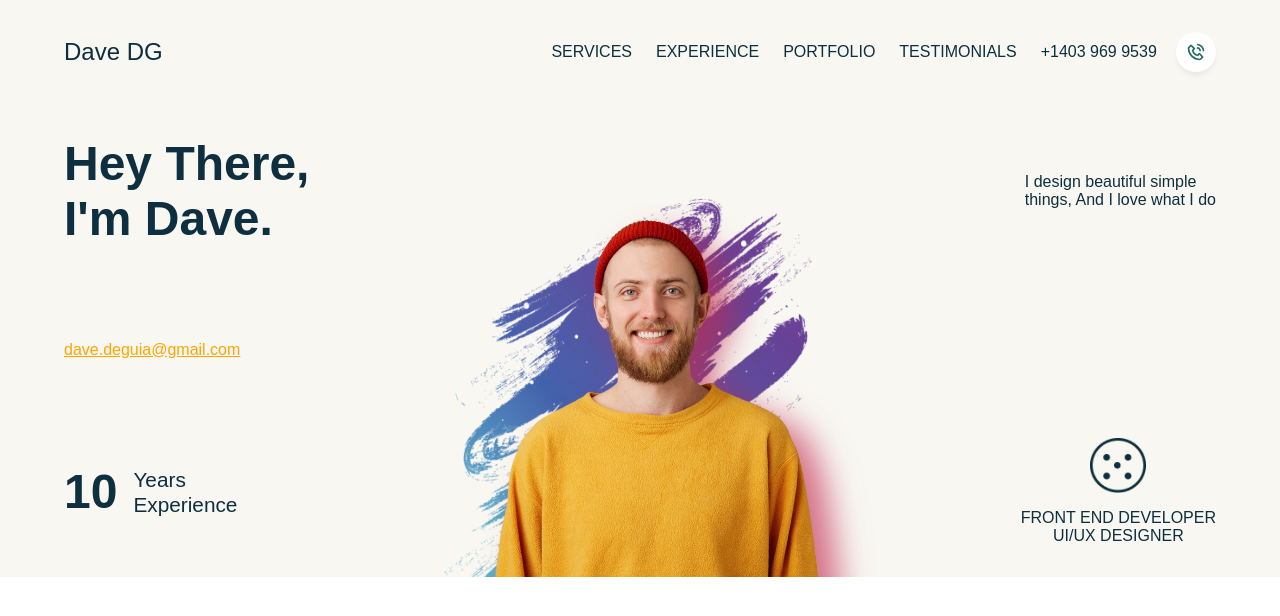
Repository: davedeguia/framer-motion-portfolio
Page: /
The author's editor kept a copy of each file at every save. The page is drawn from the files as they stood at one save, then again after the next save.
The browser window is 1280 px wide. The pictures show the whole page.
Some web fonts or font styles are not loaded; a fallback is used. The project was rebuilt for these pictures with package versions that can differ from the ones it lists, and the page was loaded fresh each time. Also part of the build but not shown: vite.config.js.

Above is the page before, as saved 2023-02-10 04:48:19.

### index.html
<!DOCTYPE html>
<html lang="en">
  <head>
    <meta charset="UTF-8" />
    <link rel="icon" type="image/svg+xml" href="/vite.svg" />
    <meta name="viewport" content="width=device-width, initial-scale=1.0" />
    <link rel="stylesheet" href="https://stijndv.com/fonts/Eudoxus-Sans.css" />
      <title>Dave DG</title>
  </head>
  <body>
    <div id="root"></div>
    <script type="module" src="/src/main.jsx"></script>
  </body>
</html>

### src/main.jsx
import React from 'react'
import ReactDOM from 'react-dom/client'
import App from './App'
import './styles/index.css'
import './styles/global.scss'

ReactDOM.createRoot(document.getElementById('root')).render(
  <React.StrictMode>
    <App />
  </React.StrictMode>
)

### src/App.jsx
import Header from './components/Header/Header'
import Hero from './components/hero/Hero'
import css from './styles/app.module.scss'

const App = () => {
  return (
    <div className={`bg-primary ${css.container}`}>
      <Header />
      <Hero />
    </div>
  )
}

export default App

### src/styles/index.css
* {
    margin: 0;
    padding: 0;
    box-sizing: border-box;
    scroll-behavior: smooth;
    font-family: "Eudoxus Sans", sans-serif;
  }

### src/styles/global.scss
@import './constants.scss';

.bg-primary {
  background: #F8F7F1;
}

.innerWidth {
  @media (min-width: $xxl) {
    max-width: 1280px;
    margin: auto;
  }

  width: 100%;
}

.paddings {
  @media (min-width: $sm) {
    padding: 4rem;
  }


  @media (min-width: $xl),
  (min-width: $md) {
    padding-top: 2rem;
    padding-bottom: 2rem;
  }

  padding-left: 1.5rem;
  padding-right: 1.5rem;
  padding-top: 1.5rem;
  padding-bottom: 1.5rem;
}



.xPaddings {
  @media (min-width: $sm) {
    padding-left: 4rem;
    padding-right: 4rem;
  }

  padding-left: 1.5rem;
  /* 24px */
  padding-right: 1.5rem;
  /* 24px */
}

.yPaddings {
  @media (min-width: $sm) {
    padding-top: 4rem;
    padding-bottom: 4rem;
  }

  @media (min-width: $xl) {
    padding-top: 2rem;
    padding-bottom: 2rem;
  }

  padding-top: 3rem;
  padding-bottom: 3rem;
}

.topPaddings {
  @media (min-width : $sm) {
    padding-top: 4rem;
  }

  @media (min-width: $xl) {
    padding-top: 2rem;
  }

  padding-top: 3rem;
}


.bottomPaddings {
  @media (min-width : $sm) {
    padding-bottom: 4rem;
  }

  @media (min-width: $xl) {
    padding-bottom: 2rem;
  }

  padding-bottom: 3rem;
}


.flexCenter {
  display: flex;
  justify-content: center;
  align-items: center;
}

.flexStart {
  display: flex;
  justify-content: start;
  align-items: center;
}

.flexEnd {
  display: flex;
  justify-items: end;
}

.primaryText {
  @media (max-width: $sm) {
    font-size: 2.5rem;
  }
  font-size: 3rem;
  font-weight: bold;
}

.secondaryText {
  @media (max-width: $sm) {
    font-size: 1.1rem;
    line-height: 40px;
  }
  line-height: 50px;
  font-size: 1.3rem;
  font-weight: 500
}
.anchor {
  display: block;
  position: relative;
  top: -100px;
  visibility: hidden;
}

### src/components/Header/Header.jsx
import React, { useState } from 'react'
import css from './Header.module.scss'
import { BiMenuAltRight, BiPhoneCall } from 'react-icons/bi'
import { motion } from 'framer-motion'
import { getMenuStyles, headerVariants } from '../../utils/motion'
import useHeaderShadow from '../../hooks/useHeaderShadow'

const Header = () => {
  const [menuOpened, setMenuOpened] = useState(false)
  const headerShadow = useHeaderShadow()
  return (
    <motion.div
      initial='hidden'
      whileInView='show'
      variants={headerVariants}
      viewport={{ once: false, amount: 0.25 }}
      className={`paddings ${css.wrapper}`}
      style={{ boxShadow: headerShadow }}
    >
      <div className={`flexCenter innerWidth ${css.container}`}>
        <div className={css.name}>Dave DG</div>
        <ul
          style={getMenuStyles(menuOpened)}
          className={`flexCenter ${css.menu}`}
        >
          <li>
            <a href=''>Services</a>
          </li>

          <li>
            <a href=''>Experience</a>
          </li>

          <li>
            <a href=''>Portfolio</a>
          </li>

          <li>
            <a href=''>Testimonials</a>
          </li>

          <li className={`flexCenter ${css.phone}`}>
            <p>+1403 969 9539</p>
            <BiPhoneCall size={'40px'} />
          </li>
        </ul>
        {/* for medium and small screens */}
        <div
          className={css.menuIcon}
          onClick={() => setMenuOpened((prev) => !prev)}
        >
          <BiMenuAltRight size={30} />
        </div>
      </div>
    </motion.div>
  )
}

export default Header

### src/components/hero/Hero.jsx
import React from 'react'
import css from './Hero.module.scss'
import { motion } from 'framer-motion'
import { fadeIn, staggerContainer } from '../../utils/motion'

const Hero = () => {
  return (
    <section className={`paddings ${css.wrapper}`}>
      <motion.div
        variants={staggerContainer}
        initial='hidden'
        whileInView='show'
        viewport={{ once: false, amount: 0.25 }}
        className={`innerWidth ${css.container}`}
      >
        {/* upper elements */}
        <div className={css.upperElements}>
          <motion.span
            variants={fadeIn('right', 'tween', 0.2, 1)}
            className='primaryText'
          >
            Hey There, <br /> I'm Dave.
          </motion.span>
          <span>
            I design beautiful simple <br /> things, And I love what I do
          </span>
        </div>

        {/* person image */}
        <div className={css.person}>
          <img src='./person.png' alt='' />
        </div>

        {/* email */}
        <a className={css.email} href='mailto:dave.deguia@gmail.com'>
          dave.deguia@gmail.com
        </a>

        {/* lower elements */}
        <div className={css.lowerElements}>
          <div className={css.experience}>
            <div className='primaryText'>10</div>
            <div className='secondaryText'>
              <div>Years</div>
              <div>Experience</div>
            </div>
          </div>
          <div className={css.certificate}>
            <img src='./certificate.png' alt='' />
            <span>FRONT END DEVELOPER</span>
            <span>UI/UX DESIGNER</span>
          </div>
        </div>
      </motion.div>
    </section>
  )
}

export default Hero

### src/styles/app.module.scss
@import './constants.scss';

.container{
    overflow-x: clip;
    position: relative;
    color: $primary;

}

### src/components/Header/Header.module.scss
@import './../../styles/constants.scss';

.wrapper {
    position: relative;
    z-index: 99;
    opacity: 1;
    transform: none;
    position: sticky;
    top: 0px;
    transition: all 300ms ease;

    .container {
        position: relative;
        justify-content: space-between;
        font-weight: 500;

        .name {
            font-size: 1.5rem;
            font-weight: 500;
        }

        .menu {

            @media (max-width: $sm),
            (max-width: $md) {
                position: absolute;
                list-style: none;
                gap: 2rem;
                font-weight: 500;
                flex-direction: column;
                right: 0;
                top: 3rem;
                height: calc(100vh - 6.3rem);
                width: 50%;
                min-width: 15rem;
                background: white;
                padding: 2rem;
                display: flex;
                border-radius: 10px;
                transition: all 200ms ease;
                align-items: flex-start;
                padding: 3rem;
                justify-content: flex-start;
                box-shadow: 0px 4px 4px rgba(0, 0, 0, 0.05);
            }

            text-transform: uppercase;
            font-size: 1rem;
            list-style: none;
            gap: 1.5rem;
            cursor: pointer;

            li {
                a {
                    color: inherit;
                    text-decoration: none;
                }

                &:hover {
                    color: $secondary;
                }
            }

            .phone {
                gap: 1.2rem;
                flex-wrap: wrap;

                svg {
                    color: $secondary;
                    background-color: white;
                    padding: 10px;
                    border-radius: 999px;
                    box-shadow: 0px 4px 4px rgba(0, 0, 0, 0.05);
                }
            }
        }



        .menuIcon {

            @media (max-width: $sm),
            (max-width: $md) {
                display: block;
            }

            display: none;
        }
    }
}

### src/utils/motion.js
export const headerVariants = {
  hidden: {
    opacity: 0,
    y: -50,
    transition: {
      type: 'spring',
      stiffness: 300,
      damping: 140,
    },
  },
  show: {
    opacity: 1,
    y: 0,
    transition: {
      type: 'spring',
      stiffness: 80,
      delay: 1,
    },
  },
}

export const slideIn = (direction, type, delay, duration) => ({
  hidden: {
    x: direction === 'left' ? '-100%' : direction === 'right' ? '100%' : 0,
    y: direction === 'up' ? '100%' : direction === 'down' ? '100%' : 0,
  },
  show: {
    x: 0,
    y: 0,
    transition: {
      type,
      delay,
      duration,
      ease: 'easeOut',
    },
  },
})

export const staggerContainer = (staggerChildren, delayChildren) => ({
  hidden: {},
  show: {
    transition: {
      staggerChildren,
      delayChildren,
    },
  },
})

export const textVariant = (delay) => ({
  hidden: {
    y: 50,
    opacity: 0,
  },
  show: {
    y: 0,
    opacity: 1,
    transition: {
      type: 'spring',
      duration: 1.25,
      delay,
    },
  },
})

export const textVariant2 = {
  hidden: {
    opacity: 0,
    y: 20,
  },
  show: {
    opacity: 1,
    y: 0,
    transition: {
      type: 'tween',
      ease: 'easeIn',
    },
  },
}

export const fadeIn = (direction, type, delay, duration) => ({
  hidden: {
    x: direction === 'left' ? 100 : direction === 'right' ? -100 : 0,
    y: direction === 'up' ? 100 : direction === 'down' ? -100 : 0,
    opacity: 0,
  },
  show: {
    x: 0,
    y: 0,
    opacity: 1,
    transition: {
      type,
      delay,
      duration,
      ease: 'easeOut',
    },
  },
})

export const zoomIn = (delay, duration) => ({
  hidden: {
    scale: 0,
    opacity: 0,
  },
  show: {
    scale: 1,
    opacity: 1,
    transition: {
      type: 'tween',
      delay,
      duration,
      ease: 'easeOut',
    },
  },
})

export const footerVariants = {
  hidden: {
    opacity: 0,
    y: 50,
    transition: {
      type: 'spring',
      stiffness: 300,
      damping: 140,
    },
  },
  show: {
    opacity: 1,
    y: 0,
    transition: {
      type: 'spring',
      stiffness: 80,
      delay: 0.5,
    },
  },
}

export const staggerChildren = {
  hidden: { opacity: 0 },
  show: {
    opacity: 1,
    transition: {
      staggerChildren: 0.5,
    },
  },
}

export const getMenuStyles = (menuOpened) => {
  if (document.documentElement.clientWidth <= 640) {
    return { right: !menuOpened && '-100%' }
  }
}

### src/components/hero/Hero.module.scss
@import './../../styles/constants.scss';

.wrapper {
    overflow: hidden;

    .container {
        position: relative;
        z-index: 1;

        .upperElements {
            @media (max-width: $sm) {
                justify-content: center;
                text-align: center;
                gap: 2rem;
            }
            display: flex;
            align-items: center;
            justify-content: space-between;
            flex-wrap: wrap;
        }

        .lowerElements {
            @media (max-width: $sm), (max-width: $md) {
                margin-top: 4rem;
                gap: 2rem;
                justify-content: center;
            }
            margin-top: 12rem;
            display: flex;
            flex-wrap: wrap;
            justify-content: space-between;

            .experience {
                display: flex;
                align-items: center;
                gap: 1rem;

                >:nth-child(2) {
                    line-height: 25px;
                }
            }

            .certificate {
                display: flex;
                flex-direction: column;
                align-items: center;

                img {
                    margin-bottom: 1rem;
                    width: 3.5rem;
                }
            }
        }

        .person {
            @media (max-width: $sm), (max-width: $md) {
                position: relative;
                left: 0;
                background-size: 20rem;
                display: flex;
                align-items: center;
                justify-content: center;
                background-position: bottom;
            }
            position: absolute;
            bottom: -2rem;
            margin: auto;
            background-image: url('../splash.png');
            background-repeat: no-repeat;
            background-size: 23rem;
            left: 33%;

            img {
                @media (max-width: $sm) {
                    width: 23rem;
                }
                margin-bottom: -5px;
            }
        }

        .email {
            @media (max-width: $sm) {
                position: relative;
                display: none;
            }
            position: absolute;
            top: 50%;
            color: orange;
            left: 0;
        }
    }
}

Loaded but not shown: src/styles/constants.scss (common file); src/hooks/useHeaderShadow.jsx (common file)

After the next save:
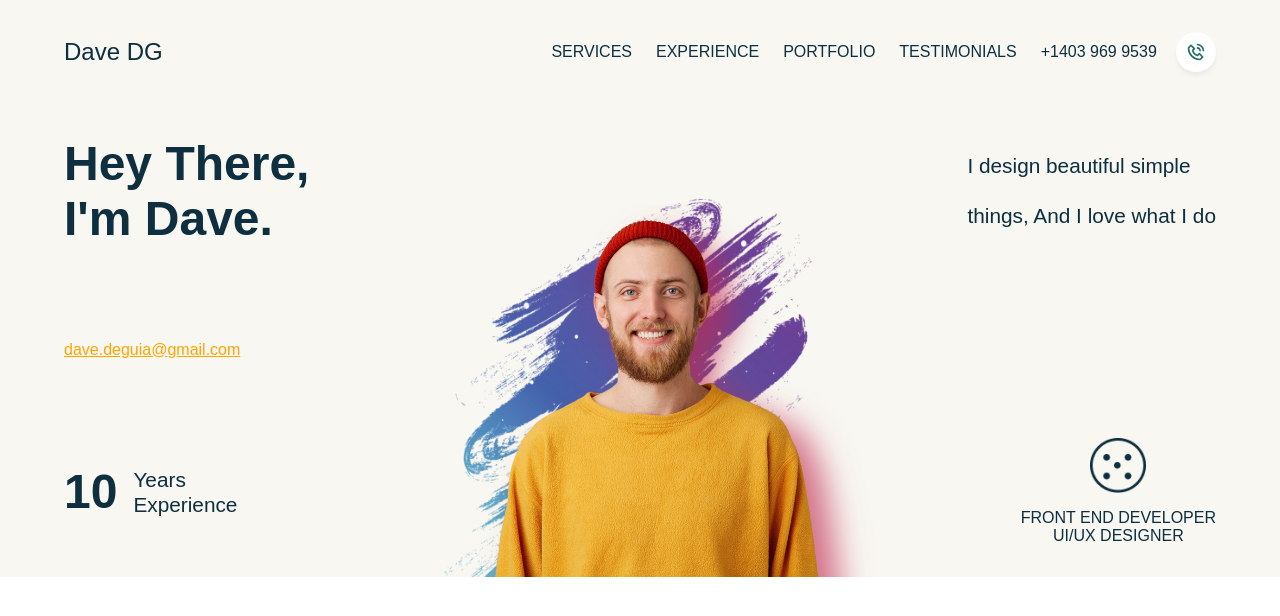
Saved 3 min 6 s later.
--- a/src/components/hero/Hero.jsx
+++ b/src/components/hero/Hero.jsx
@@ -21,9 +21,12 @@ const Hero = () => {
           >
             Hey There, <br /> I'm Dave.
           </motion.span>
-          <span>
+          <motion.span
+            variants={fadeIn('left', 'tween', 0.4, 1)}
+            className='secondaryText'
+          >
             I design beautiful simple <br /> things, And I love what I do
-          </span>
+          </motion.span>
         </div>
 
         {/* person image */}
